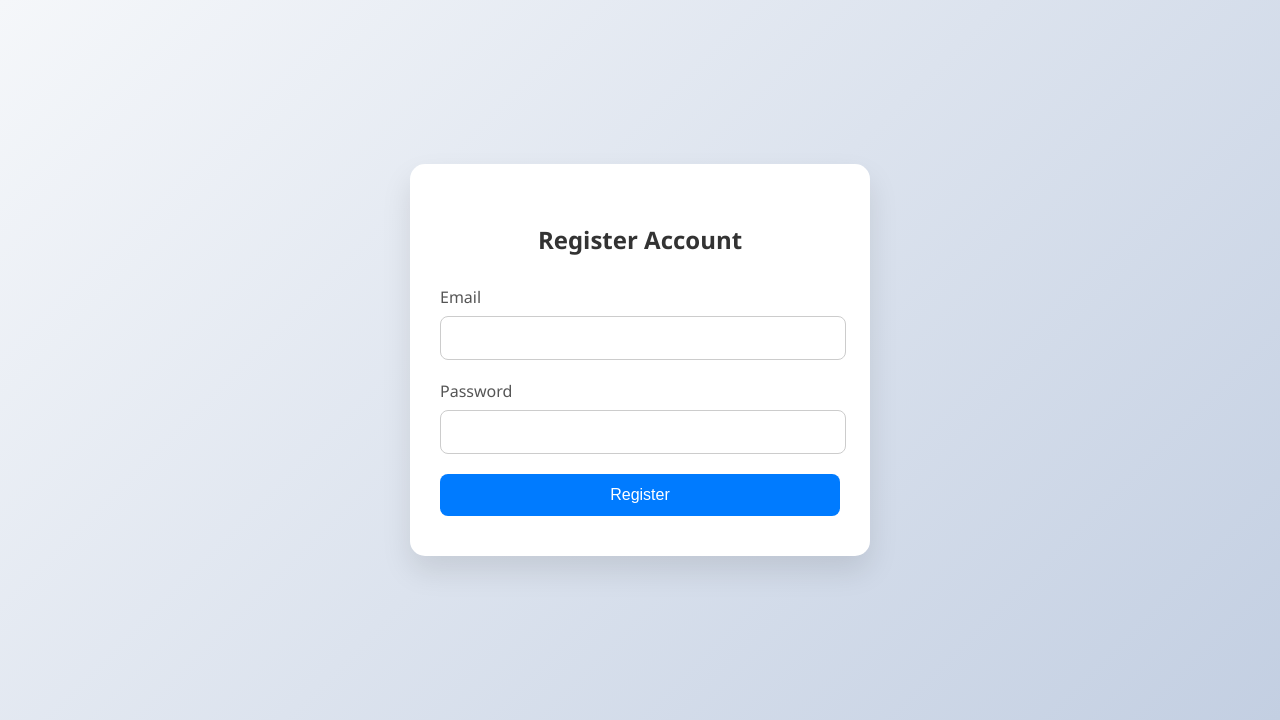
Repository: Pushc/Ecommerce
Page: frontend/register.html
The author's editor kept a copy of each file at every save. The page is drawn from the files as they stood at one save, then again after the next save.
The browser window is 1280 px wide. The pictures show the whole page.

Above is the page before, as saved 2025-05-08 18:22:40.
Console error: TypeError: Cannot read properties of null (reading 'addEventListener')

After the next save:
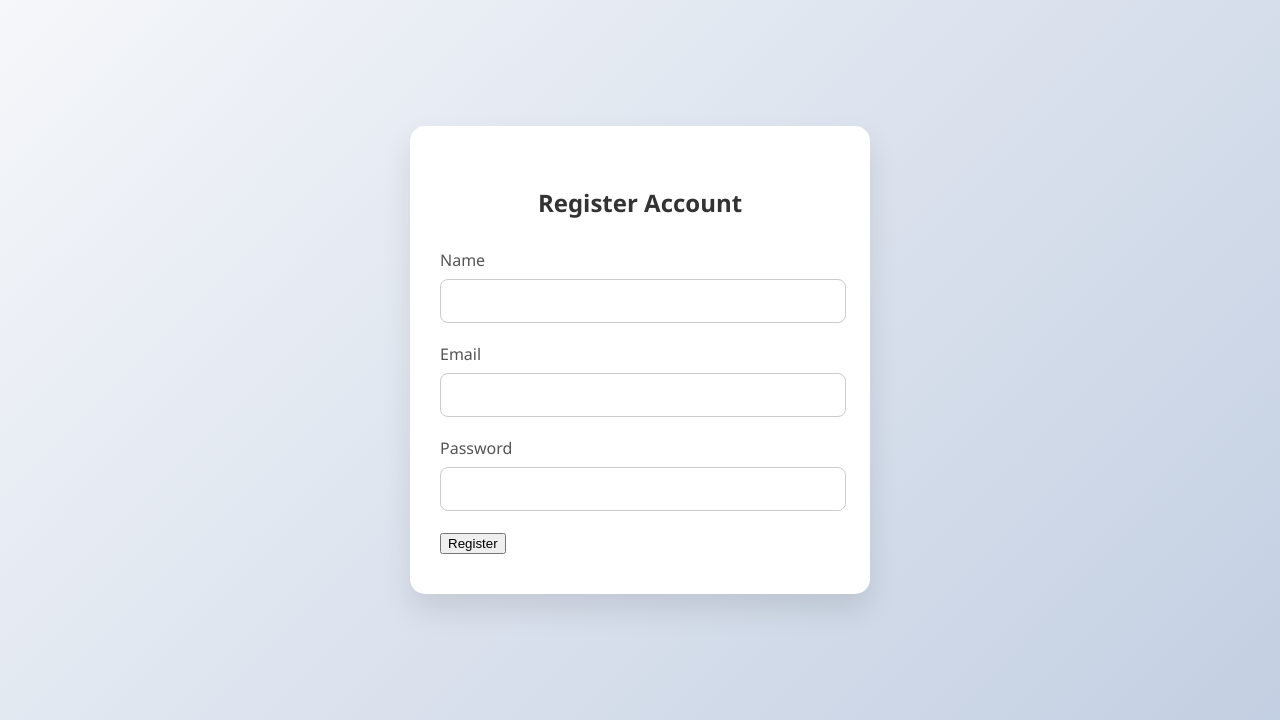
Saved 99 s later.
--- a/frontend/register.html
+++ b/frontend/register.html
@@ -96,6 +96,10 @@
     <h2>Register Account</h2>
     <form id="login-form" method="post">
       <div class="form-group">
+        <label for="name">Name</label>
+        <input type="text" id="name" name="name" required />
+      </div>
+      <div class="form-group">
         <label for="email">Email</label>
         <input type="text" id="email" name="email" required />
       </div>
@@ -103,7 +107,7 @@
         <label for="password">Password</label>
         <input type="password" id="password" name="password" required />
       </div>
-      <button type="submit" class="login-btn">Register</button>
+      <button type="submit" class="register-btn">Register</button>
     </form>
   </div>
 
